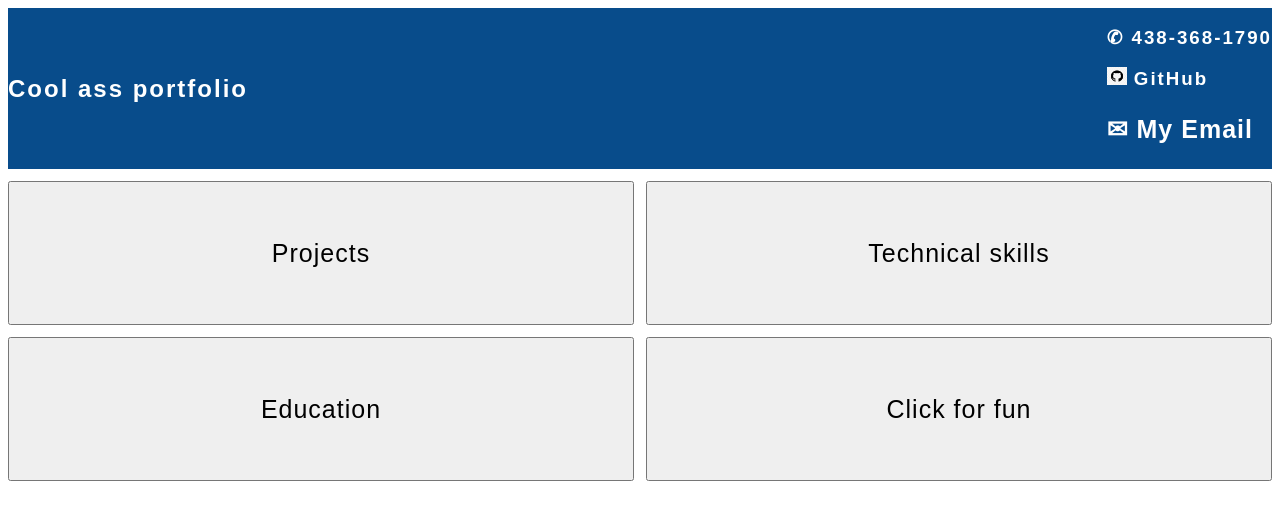
Repository: zackaroo20/zackaroo20
Page: index.html
The author's editor kept a copy of each file at every save. The page is drawn from the files as they stood at one save, then again after the next save.
The browser window is 1280 px wide. The pictures show the whole page.

Above is the page before, as saved 2026-05-12 13:43:53.

### index.html
<!doctype html>
<html lang="en">
  <head>
    <meta charset="UTF-8" />
    <meta name="viewport" content="width=device-width, initial-scale=1.0" />
    <title>Document</title>
    <link rel="stylesheet" href="./styles/index.css" />
  </head>
  <header>
        <section id="cap">
            <h1 >Cool ass portfolio</h1>
        </section>
        <aside>
            <h3> ✆ 438-368-1790</h3>
            <h3><a href="https://github.com/zackaroo20"><img src="/assets/specs/GHicon.png  " alt="git hub logo"> GitHub</a></h3>
            <h3><a href="emailto:tomjerrysc@gmail.com"><p class = longemail>✉ My Email</p></a></h3>



        </aside>

    </header>
    <body>
      <section>
        <button><p>Projects</p></button>
        <button><p>Technical skills</p></button>
        <button><p>Education</p></button>
        <button><p>Click for fun</p></button>


      </section>




    </body>
  <body>
    <!-- TODO -->
  </body>
</html>

### styles/index.css
@page {
  size: A4;
  margin: 1cm;
}
@media screen and (min-width: ) {
 section,head {
 /* custom styles */

    max-width: 70%;

 }
}

header {
  font-family: Arial, Helvetica, sans-serif;
  letter-spacing: 2px;
  background-color: #084c8b;
  color: white;
  display: flex;
  justify-content: space-between;
  align-items: center;
  margin-bottom: 12px;
}
#cap {
  display: flex;

  align-items: center;
  margin-left: 12px b;
}
p {
    font-family: Arial, Helvetica, sans-serif;
    letter-spacing: 1px;
    font-size: 25px;
}

section {
  display: grid;
  grid-template-columns: repeat(2, 1fr);
  gap: 12px;
}
img {
  background-color: transparent;

  width: 20px;
  height: 18px;
}
h3 a {
  text-decoration: none;
  color: inherit;
}
button {
  height: 20vh;
  width: 100%;
}

After the next save:
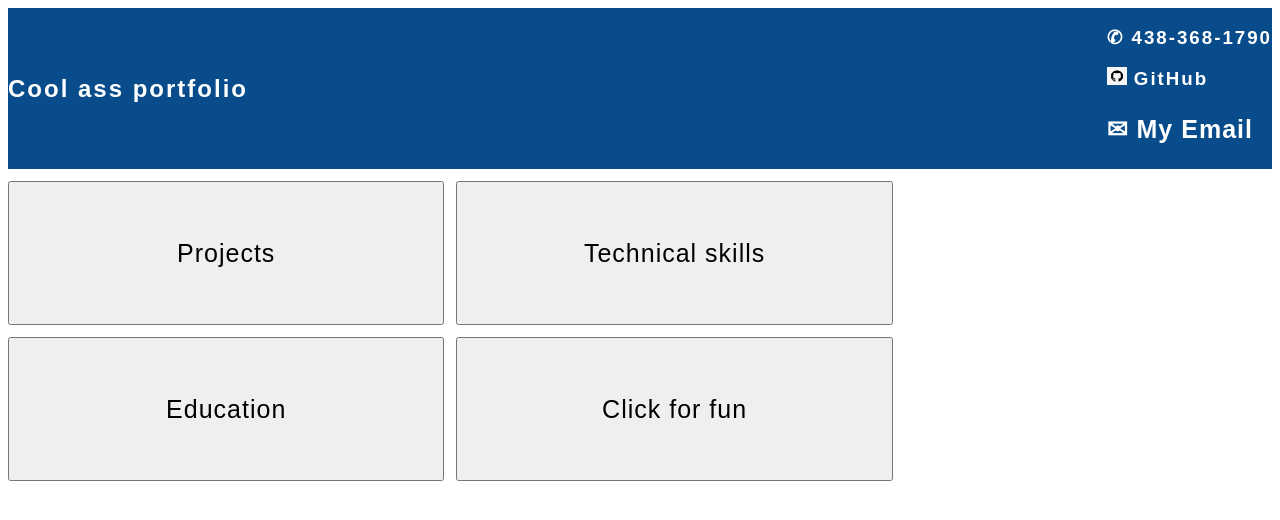
Saved 14 s later.
--- a/styles/index.css
+++ b/styles/index.css
@@ -2,13 +2,13 @@
   size: A4;
   margin: 1cm;
 }
-@media screen and (min-width: ) {
- section,head {
- /* custom styles */
+@media screen and (min-width: 700px) {
+  section,
+  head {
+    /* custom styles */
 
     max-width: 70%;
-
- }
+  }
 }
 
 header {
@@ -28,9 +28,9 @@ header {
   margin-left: 12px b;
 }
 p {
-    font-family: Arial, Helvetica, sans-serif;
-    letter-spacing: 1px;
-    font-size: 25px;
+  font-family: Arial, Helvetica, sans-serif;
+  letter-spacing: 1px;
+  font-size: 25px;
 }
 
 section {
